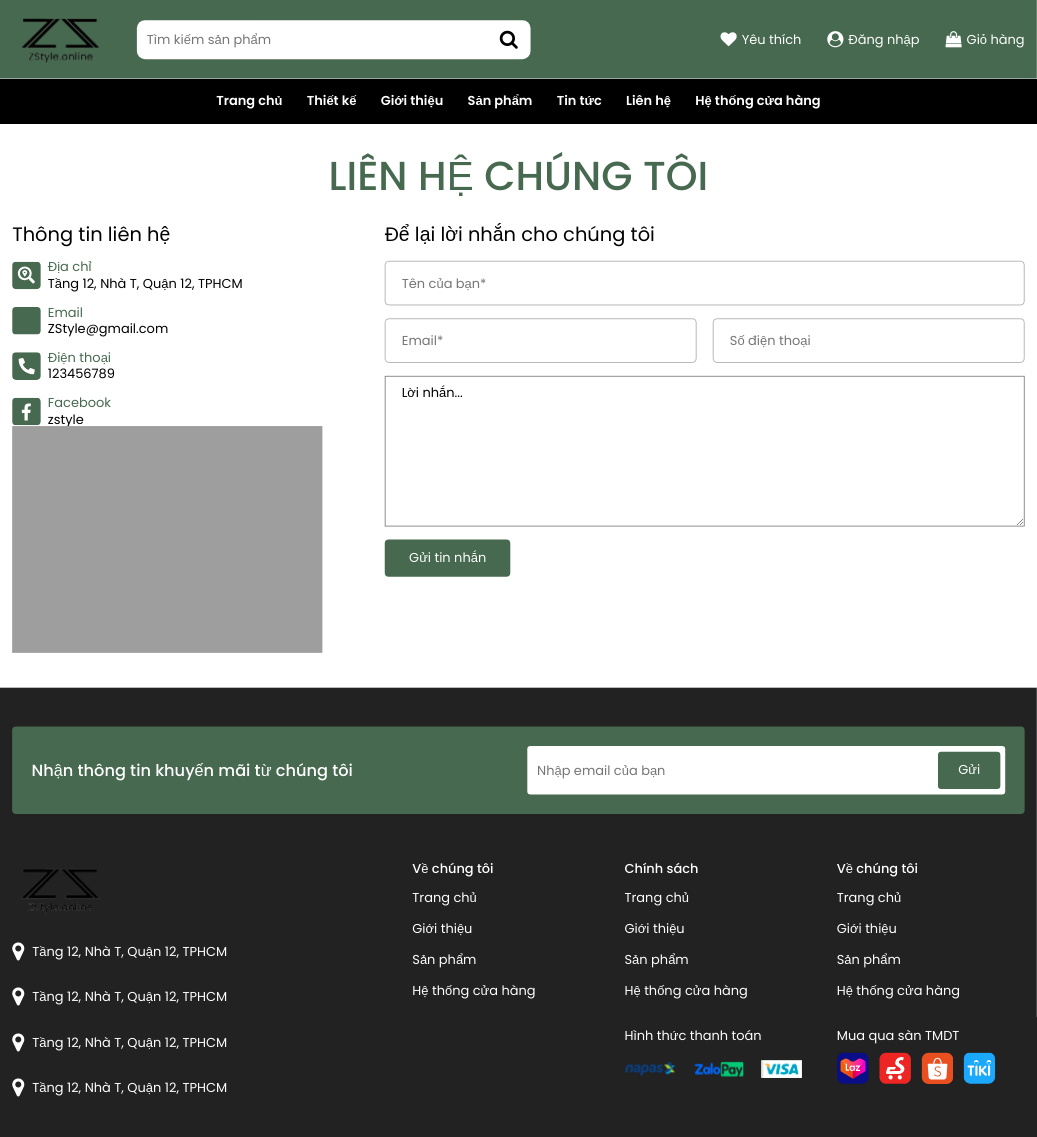
Repository: Toan3333/duanmau
Page: assets/pages/lienhe.html
These files come from the project's save history. The page is drawn as it stood at one moment and after the next save; the edit follows.
The browser window is 1280 px wide. The pictures show the whole page, at 81% of full size.
Pictures or frames that could not be fetched are drawn as grey boxes. Some web libraries are served in a nearby version.

Above is the page before, as saved 2023-11-07 21:41:32.
Console error: TypeError: Cannot read properties of null (reading 'addEventListener')

After the next save:
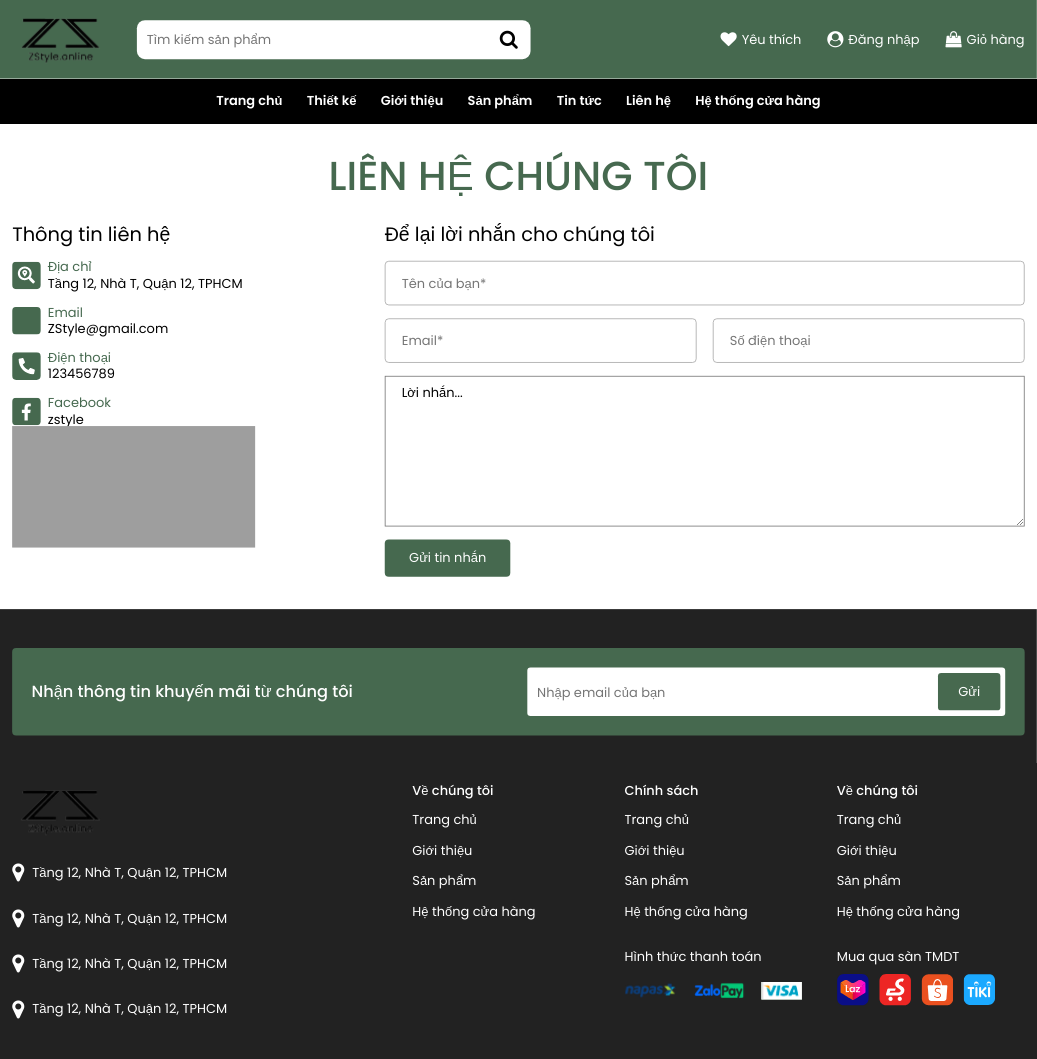
Saved 18 s later.
--- a/assets/pages/lienhe.html
+++ b/assets/pages/lienhe.html
@@ -175,8 +175,6 @@
               </ul>
               <iframe
                 src="https://www.google.com/maps/embed?pb=!1m18!1m12!1m3!1d3918.443592406482!2d106.6252534743984!3d10.853826357762593!2m3!1f0!2f0!3f0!3m2!1i1024!2i768!4f13.1!3m3!1m2!1s0x31752bee0b0ef9e5%3A0x5b4da59e47aa97a8!2zQ8O0bmcgVmnDqm4gUGjhuqduIE3hu4FtIFF1YW5nIFRydW5n!5e0!3m2!1svi!2s!4v1699367979161!5m2!1svi!2s"
-                width="383"
-                height="280"
                 style="border: 0"
                 allowfullscreen=""
                 loading="lazy"
